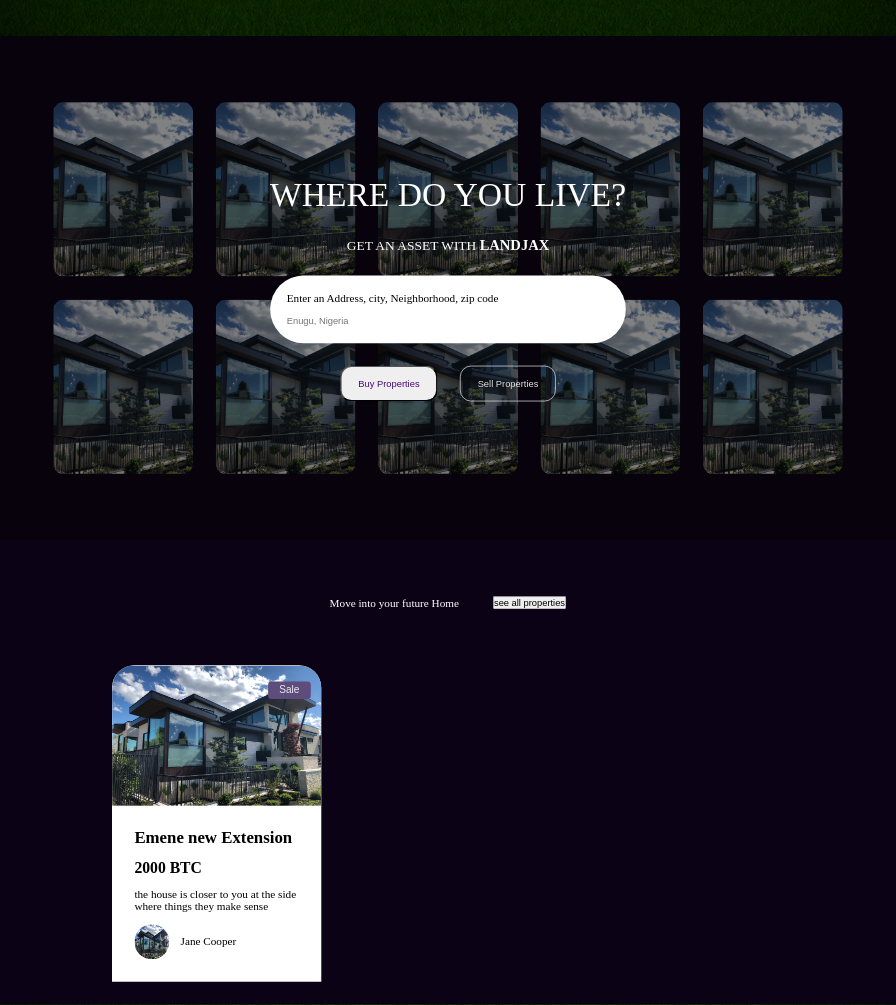
Repository: NorVirae/landjax-frontend
Page: /
An editor plug-in stored every save of this project. The page is shown before and after the next save, followed by the edit.
The browser window is 1280 px wide. The pictures show the part of the page from y = 668 to 2588 px (the page is 2103 px tall before and 2588 px after), at 70% of full size.
The project was rebuilt for these pictures with package versions that can differ from the ones it lists, and the page was loaded fresh each time. The framework's server and built-in components were replaced by stand-ins that run in the browser. Also part of the build but not shown: next.config.js.

Above is the page before, as saved 2022-07-03 06:55:08.

After the next save:
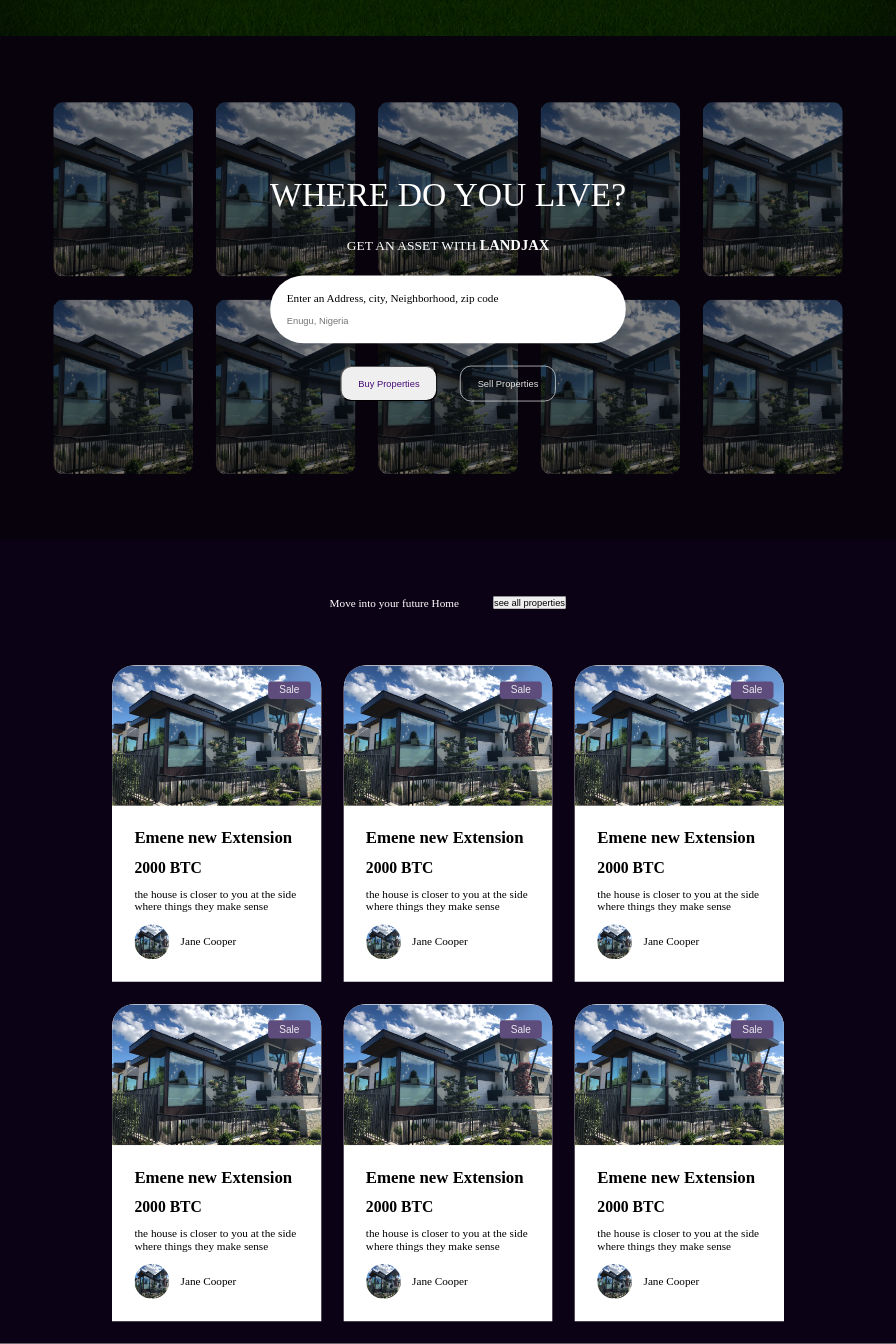
Saved 6 s later.
--- a/pages/index.tsx
+++ b/pages/index.tsx
@@ -104,6 +104,12 @@
           <div className='future__houses-card-container'>
 
             <HouseCard />
+            <HouseCard />
+            <HouseCard />
+            <HouseCard />
+            <HouseCard />
+            <HouseCard />
+
 
 
           </div>
